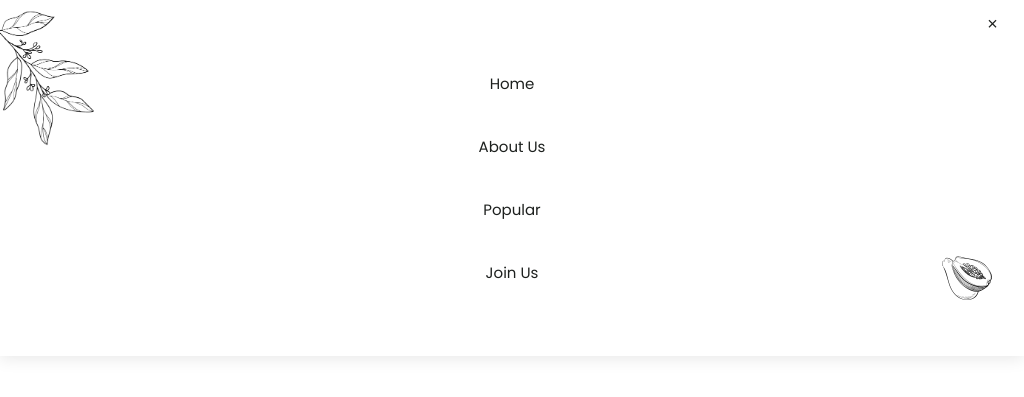
Repository: dinhhaidh/fruit
Page: index.html
The author's editor kept a copy of each file at every save. The page is drawn from the files as they stood at one save, then again after the next save.
The browser window is 1024 px wide. The pictures show the whole page.
Some web fonts or font styles are not loaded; a fallback is used.

Above is the page before, as saved 2024-02-18 16:29:21.
Console error: ReferenceError: ScrollReveal is not defined

After the next save:
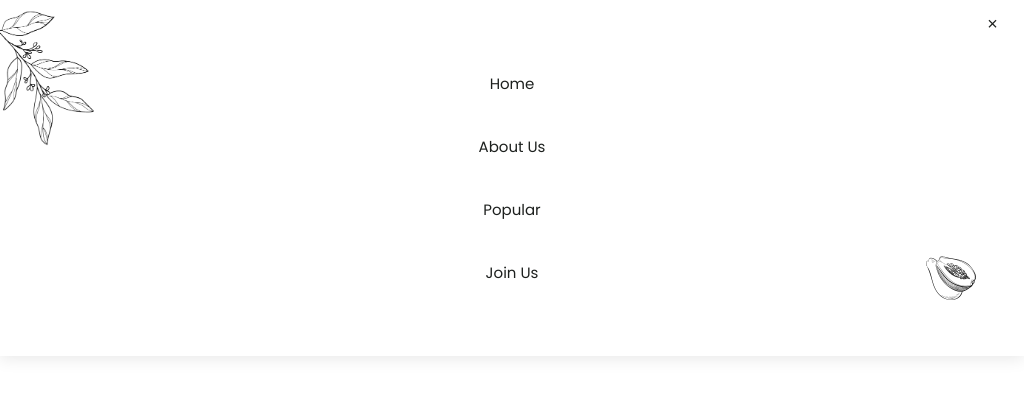
Saved 13 s later.
--- a/css/style.css
+++ b/css/style.css
@@ -221,7 +221,7 @@
     .nav__img-2{
         width: 50px;
         bottom: 3.5rem;
-        right: 2rem;
+        right: 3rem;
     }
 }
 

After the save that followed:
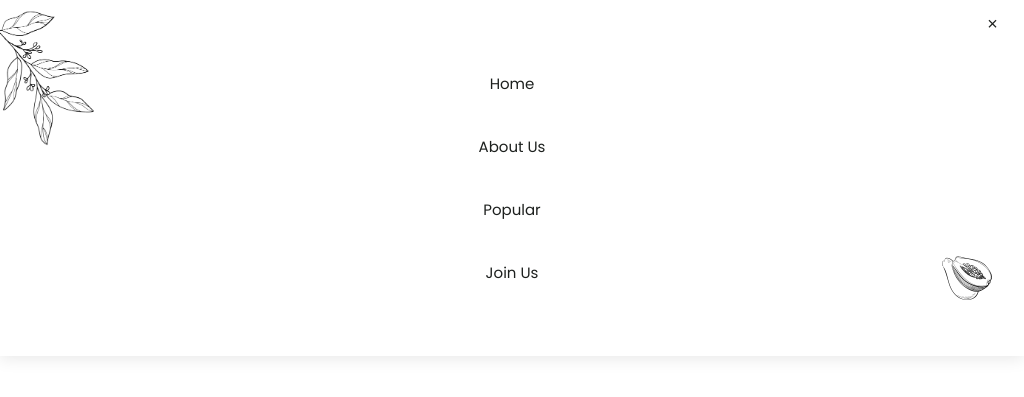
Saved 10 s later.
--- a/css/style.css
+++ b/css/style.css
@@ -221,7 +221,7 @@
     .nav__img-2{
         width: 50px;
         bottom: 3.5rem;
-        right: 3rem;
+        right: 2rem;
     }
 }
 
